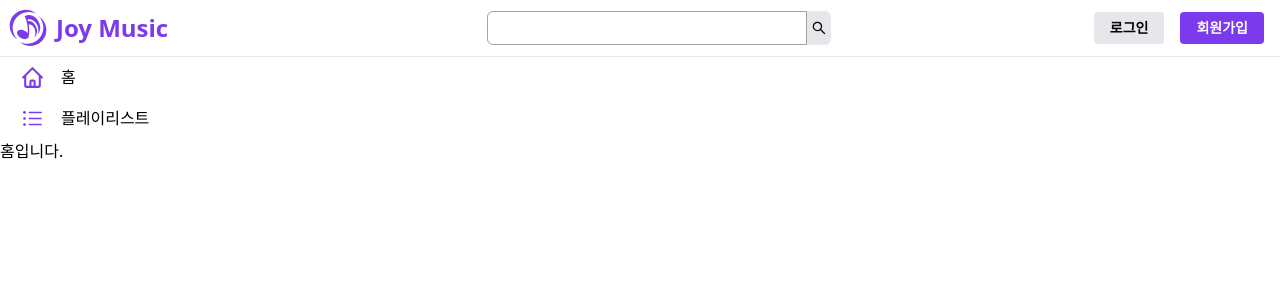
Repository: momo0170/joy-music
Page: /
The author's editor kept a copy of each file at every save. The page is drawn from the files as they stood at one save, then again after the next save.
The browser window is 1280 px wide. The pictures show the whole page.
The project was rebuilt for these pictures with package versions that can differ from the ones it lists, and the page was loaded fresh each time. Also part of the build but not shown: src/App.css, src/router/Playlist.jsx.

Above is the page before, as saved 2023-09-25 14:38:45.

### public/index.html
<!DOCTYPE html>
<html lang="en">
  <head>
    <meta charset="utf-8" />
    <link rel="icon" href="%PUBLIC_URL%/favicon.ico" />
    <meta name="viewport" content="width=device-width, initial-scale=1" />
    <meta name="theme-color" content="#000000" />
    <meta
      name="description"
      content="Web site created using create-react-app"
    />
    <link rel="apple-touch-icon" href="%PUBLIC_URL%/logo192.png" />
    <!-- <link rel="manifest" href="%PUBLIC_URL%/manifest.json" /> -->

    <title>Joy Music</title>
  </head>
  <body>
    <div id="root"></div>
  </body>
</html>

### src/index.js
import React from 'react';
import ReactDOM from 'react-dom/client';
import './index.css';
import App from './App';
import { RouterProvider, createBrowserRouter } from 'react-router-dom';
import Home from './router/Home';
import Playlist from './router/Playlist';

const router = createBrowserRouter([
  {
    path: '/',
    element: <App />,
    children: [
      {
        index: true,
        element: <Home />,
      },
      {
        path: '/playlist',
        element: <Playlist />,
      },
    ],
  },
]);

const root = ReactDOM.createRoot(document.getElementById('root'));
root.render(
  <RouterProvider router={router}>
    <App />
  </RouterProvider>
);

### src/App.js
import { Outlet } from 'react-router-dom';
import './App.css';
import Header from './components/Header';
import Menubar from './components/Menubar';

function App() {
  return (
    <>
      <Header />
      <div>
        <Menubar />
        <Outlet />
      </div>
    </>
  );
}

export default App;

### src/router/Home.jsx
import React from 'react';

export default function Home() {
  return <div>홈입니다.</div>;
}

### src/components/Header.jsx
import React from 'react';
import { GiMusicSpell } from 'react-icons/gi';
import { AiOutlineSearch } from 'react-icons/ai';
import { Link } from 'react-router-dom';

export default function Header() {
  return (
    <header className="flex justify-between p-2 border-b h-13 items-center">
      <Link to="/" className="flex items-center">
        <GiMusicSpell
          size="40"
          color="#7c3aed"
          className="hover:animate-spin"
        />
        <div className="text-violet-600 text-2xl ml-2 font-bold">Joy Music</div>
      </Link>

      <form className="flex transform translate-x-8">
        <input
          type="text"
          className="rounded-l-md border border-stone-400 p-1 px-2 focus:shadow-inner2 outline-none focus:border-violet-600 placeholder:text-sm hover:shadow-hoverInput hover:border-hoverInput w-80"
        />
        <button className="bg-gray-200 p-1 rounded-r-md box-border hover:bg-gray-300">
          <AiOutlineSearch />
        </button>
      </form>
      <div className="flex">
        <button className="bg-gray-200 mx-2 px-4 py-1.5 rounded text-sm font-semibold hover:bg-gray-300">
          로그인
        </button>
        <button className="bg-violet-600 text-white mx-2 px-4 py-1.5 rounded text-sm font-semibold hover:bg-violet-700">
          회원가입
        </button>
      </div>
    </header>
  );
}

### src/components/Menubar.jsx
import React from 'react';
import MenuButton from './Menubutton';

export default function MenuBar() {
  const list = [
    ['/', '홈'],
    ['/playlist', '플레이리스트'],
  ];
  return (
    <aside className="flex flex-col w-56">
      {list.map((item, idx) => (
        <MenuButton key={idx} text={item[1]} path={item[0]} />
      ))}
    </aside>
  );
}

### src/components/Menubutton.jsx
import React from 'react';
import { Link } from 'react-router-dom';
import { HiHome, HiOutlineHome } from 'react-icons/hi';
import { IoIosListBox, IoIosList } from 'react-icons/io';

const SIZE = '25';
const COLOR = '#7C3AED';
export default function MenuButton({ text, path }) {
  return (
    <div>
      <Link to={path} className="flex px-5 py-2 rounded hover:bg-violet-100">
        {text === '홈' ? (
          <HiOutlineHome size={SIZE} color={COLOR} />
        ) : (
          <IoIosList size={SIZE} color={COLOR} />
        )}
        <span className="ml-4">{text}</span>
      </Link>
    </div>
  );
}

### tailwind.config.js
/** @type {import('tailwindcss').Config} */
module.exports = {
  content: ['./src/**/*.{js,jsx,ts,tsx}'],
  theme: {
    extend: {
      borderWidth: {
        1.5: '1.5px',
      },
      boxShadow: {
        inner2: '0 0 0 1.5px #7c3aed inset',
        hoverInput: '0 0 0 1px #ABABAB inset',
      },
      borderColor: {
        hoverInput: '#ABABAB',
      },
    },
  },
  plugins: [],
};

Loaded but not shown: src/index.css (common file)

After the next save:
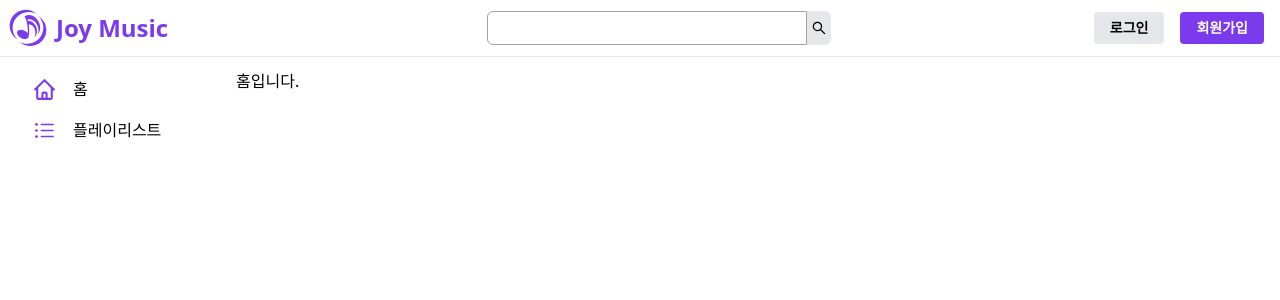
Saved 26 s later.
--- a/src/App.js
+++ b/src/App.js
@@ -7,7 +7,7 @@ function App() {
   return (
     <>
       <Header />
-      <div>
+      <div className="flex m-3">
         <Menubar />
         <Outlet />
       </div>
